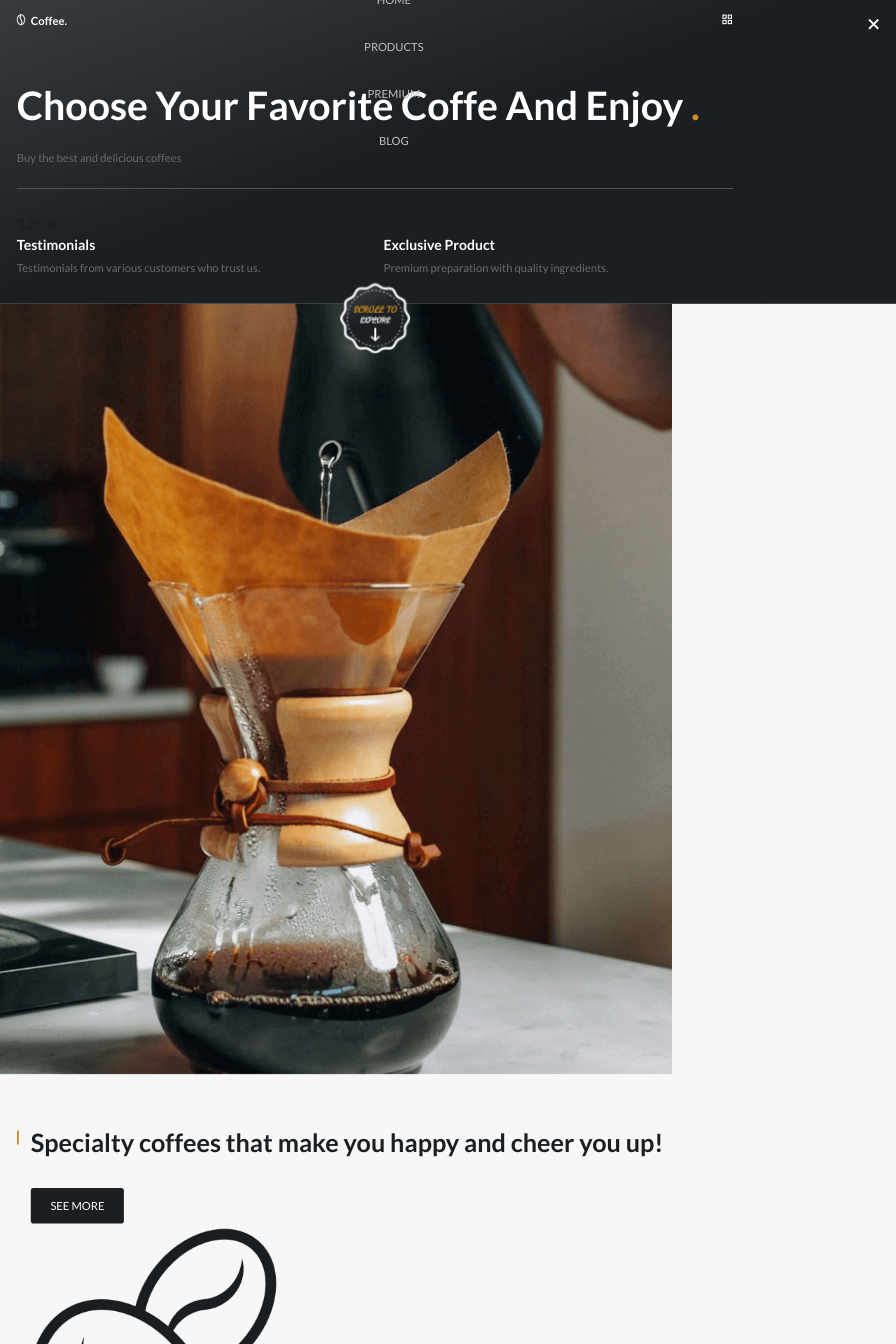
Repository: phong121020/coffee-responsive
Page: index.html
These files come from the project's save history. The page is drawn as it stood at one moment and after the next save; the edit follows.
The browser window is 1280 px wide. The pictures show the part of the page from y = 0 to 1920 px (the page is 3435 px tall before and 3499 px after), at 70% of full size.

Above is the page before, as saved 2022-03-06 18:59:02.

### index.html
<!DOCTYPE html>
<html lang="en">
  <head>
    <meta charset="UTF-8" />
    <meta http-equiv="X-UA-Compatible" content="IE=edge" />
    <meta name="viewport" content="width=device-width, initial-scale=1.0" />
    <!-- link -->
    <link rel="stylesheet" href="./assets/css/style.css" />
    <!-- favicon -->
    <link
      rel="shortcut icon"
      href="./assets/img/favicon.png"
      type="image/x-icon"
    />
    <title>Document</title>
    <!-- boxicon -->
    <link
      href="https://unpkg.com/boxicons@2.1.1/css/boxicons.min.css"
      rel="stylesheet"
    />
  </head>
  <body>
    <!-- HEADER -->
    <header class="header" id="header">
      <nav class="nav container">
        <a href="#" class="nav__logo">
          <img src="./assets/img/logo.png" alt="" class="nav__logo-img" />
          Coffee.
        </a>
        <div class="nav__menu" id="nav-menu">
          <ul class="nav__list">
            <li class="nav__item">
              <a href="#home" class="nav__link">Home</a>
            </li>
            <li class="nav__item">
              <a href="#products" class="nav__link">Products</a>
            </li>
            <li class="nav__item">
              <a href="#premium" class="nav__link">Premium</a>
            </li>
            <li class="nav__item">
              <a href="#blog" class="nav__link">Blog</a>
            </li>
          </ul>
          <div class="nav__close" id="nav-close">
            <i class="bx bx-x"></i>
          </div>
        </div>
        <!-- Toggle button -->
        <div class="nav__toggle" id="nav-toggle">
          <i class="bx bx-grid-alt"></i>
        </div>
      </nav>
    </header>
    <!-- MAIN -->
    <main>
      <!-- HOME -->
      <section class="home grid" id="home">
        <div class="home__container">
          <div class="home__content container">
            <h1 class="home__title">
              Choose Your Favorite Coffe And Enjoy <span>.</span>
            </h1>
            <p class="home__desc">Buy the best and delicious coffees</p>
            <div class="home__data">
              <div class="home__data-group">
                <h2 class="home__data-number">120K</h2>
                <h3 class="home__data-title">Testimonials</h3>
                <p class="home__data-desc">
                  Testimonials from various customers who trust us.
                </p>
              </div>
              <div class="home__data-group">
                <h2 class="home__data-number">340+</h2>
                <h3 class="home__data-title">Exclusive Product</h3>
                <p class="home__data-desc">
                  Premium preparation with quality ingredients.
                </p>
              </div>
            </div>
            <a href="#specialty">
              <img src="./assets/img/scroll.png" alt="" class="home__scroll" />
            </a>
          </div>
        </div>
        <img src="./assets/img/home.png" alt="" class="home__img" />
      </section>
      <!-- ESPECIALTY-->
      <div class="specialty section container">
        <div class="specialty__container">
          <div class="specialty__box">
            <h2 class="section__title">
              Specialty coffees that make you happy and cheer you up!
            </h2>
            <div>
              <a href="#" class="button specialty__button">See more</a>
            </div>
          </div>
          <div class="specialty__catergory">
            <div class="specialty__group">
              <img
                src="./assets/img/specialty1.png"
                alt=""
                class="specialty__img"
              />
              <h3 class="specialty__title">Selected Coffee</h3>
              <p class="specialty__desc">
                We select the best premium coffee, for a true taste.
              </p>
            </div>
            <div class="specialty__group">
              <img
                src="./assets/img/specialty2.png"
                alt=""
                class="specialty__img"
              />
              <h3 class="specialty__title">Delicious Cookies</h3>
              <p class="specialty__desc">
                Enjoy your coffee with some hot cookies
              </p>
            </div>
            <div class="specialty__group">
              <img
                src="./assets/img/specialty3.png"
                alt=""
                class="specialty__img"
              />
              <h3 class="specialty__title">Enjoy at Home</h3>
              <p class="specialty__desc">
                Enjoy the best coffee in the comfort of your home.
              </p>
            </div>
          </div>
        </div>
      </div>
    </main>
    <!-- JS -->
    <script src="./assets/js/app.js"></script>
  </body>
</html>

### assets/css/style.css
/*=============== GOOGLE FONTS ===============*/
@import url("https://fonts.googleapis.com/css2?family=Lato:wght@400;700&display=swap");

/*=============== VARIABLES CSS ===============*/
:root {
  --header-height: 3.5rem;

  /*========== Colors ==========*/
  --first-color: hsl(36, 72%, 48%);
  --first-color-alt: hsl(36, 72%, 44%);
  --black-color: hsl(206, 12%, 12%);
  --card-color: hsl(0, 0%, 90%);
  --title-color: hsl(206, 12%, 12%);
  --text-color: hsl(206, 4%, 42%);
  --text-color-light: hsl(206, 4%, 75%);
  --body-color: hsl(206, 4%, 97%);
  --container-color: #fff;

  /*========== Font and typography ==========*/
  --body-font: "Lato", sans-serif;
  --biggest-font-size: 2.25rem;
  --h1-font-size: 1.5rem;
  --h2-font-size: 1.25rem;
  --h3-font-size: 1rem;
  --normal-font-size: 0.938rem;
  --small-font-size: 0.813rem;
  --smaller-font-size: 0.75rem;

  /*========== Font weight ==========*/
  --font-bold: 700;

  /*========== z index ==========*/
  --z-tooltip: 10;
  --z-fixed: 100;
}

@media screen and (min-width: 968px) {
  :root {
    --biggest-font-size: 3.5rem;
    --h1-font-size: 2.25rem;
    --h2-font-size: 1.5rem;
    --h3-font-size: 1.25rem;
    --normal-font-size: 1rem;
    --small-font-size: 0.875rem;
    --smaller-font-size: 0.813rem;
  }
}

/*=============== BASE ===============*/
* {
  box-sizing: border-box;
  padding: 0;
  margin: 0;
}

html {
  scroll-behavior: smooth;
}

body {
  font-family: var(--body-font);
  font-size: var(--normal-font-size);
  background-color: var(--body-color);
  color: var(--text-color);
}

h1,
h2,
h3 {
  color: var(--title-color);
  font-weight: var(--font-bold);
}

h1,
h2,
h3,
p {
  line-height: 140%;
}

ul {
  list-style: none;
}

a {
  text-decoration: none;
}

img {
  max-width: 100%;
  height: auto;
}

button {
  border: none;
  outline: none;
  cursor: pointer;
}

/*=============== REUSABLE CSS CLASSES ===============*/
.container {
  max-width: 1024px;
  margin-left: 1.5rem;
  margin-right: 1.5rem;
}

.grid {
  display: grid;
  gap: 1.5rem;
}

.section {
  padding: 4.5rem 0 2rem;
}

.section__title {
  position: relative;
  font-size: var(--h1-font-size);
  padding-left: 1.25rem;
  margin-bottom: 2.5rem;
}

.section__title::before {
  content: "";
  position: absolute;
  top: 8px;
  left: 0;
  width: 3px;
  height: 20px;
  background-color: var(--first-color);
}

/* HEADER & NAV */
.header {
  width: 100%;
  background-color: transparent;
  position: fixed;
  top: 0;
  left: 0;
  right: 0;
  z-index: var(--z-fixed);
}
.nav {
  height: var(--header-height);
  display: flex;
  justify-content: space-between;
  align-items: center;
}
.nav__logo,
.nav__toggle {
  color: #fff;
}
.nav__logo {
  display: flex;
  align-items: center;
  justify-content: center;
  column-gap: 0.5rem;
  font-weight: var(--font-bold);
}
.nav__logo-img {
  width: 0.75rem;
}
.nav__toggle {
  display: inline-flex;
  font-size: 1.15rem;
  cursor: pointer;
}

@media screen and (max-width: 767px) {
  .nav__menu {
    position: fixed;
    top: 0;
    right: -100%;
    background-color: var(--black-color);
    width: 100%;
    height: 100%;
    transition: 0.3s;
  }
  .nav__menu.is-show {
    right: 0;
  }
}
.nav__list {
  display: flex;
  flex-direction: column;
  text-align: center;
  row-gap: 3rem;
  padding-top: 9rem;
}
.nav__link {
  text-transform: uppercase;
  color: var(--text-color-light);
  transition: 0.3s;
}
.nav__link:hover {
  color: #fff;
}
.nav__close {
  font-size: 2rem;
  position: absolute;
  top: 1rem;
  right: 1rem;
  color: #fff;
  cursor: pointer;
}
/* HOME */
.home {
  gap: 0;
}
.home__container {
  padding: 7rem 0 2.5rem;
  background: linear-gradient(
    160deg,
    hsla(206, 4%, 24%, 1) -4%,
    hsla(206, 12%, 12%, 1) 46%
  );
}
.home__content {
  position: relative;
}
.home__title,
.home__data-title {
  color: #fff;
}
.home__title {
  font-size: var(--biggest-font-size);
  margin-bottom: 1.5rem;
}
.home__title span {
  color: var(--first-color);
}
.home__desc {
  margin-bottom: 2rem;
}
.home__data {
  border-top: 1px solid var(--text-color);
  padding-top: 2rem;
  display: grid;
  grid-template-columns: repeat(2, 1fr);
  column-gap: 1.5rem;
}
.home__data-title {
  font-size: var(--h3-font-size);
  margin-bottom: 0.5rem;
}
.home__scroll {
  position: absolute;
  width: 100px;
  bottom: -7rem;
  left: 0;
  right: 0;
  margin: 0 auto;
  animation: scroll 3s infinite;
}
/* SCROLL IMAGE ANIMATE */
@keyframes scroll {
  0% {
    transform: translateY(0);
  }
  50% {
    transform: translateY(-0.5rem);
  }
  100% {
    transform: translateY(0);
  }
}
/* CHANGE BACKGROUND HEADER */
.scroll-header {
  background-color: var(--body-color);
  box-shadow: 0 1px 4px hsla(0, 4%, 15%, 0.1);
}
.scroll-header .nav__logo,
.scroll-header .nav__toggle {
  color: var(--title-color);
}
.scroll-header .nav__logo-img {
  mix-blend-mode: difference;
}

/* BUTTON */
.button {
  display: inline-block;
  background-color: var(--black-color);
  color: #fff;
  padding: 1rem 1.75rem;
  border-radius: 0.25rem;
  font-size: var(--normal-font-size);
  text-transform: uppercase;
}

/* SPECIALTY */
.specialty__button {
  margin-left: 1.25rem;
}

### assets/js/app.js
// SHOW MENU
const navToggle = document.querySelector(".nav__toggle");
const navMenu = document.querySelector(".nav__menu");
const navClose = document.querySelector(".nav__close");
const navItem = document.querySelectorAll(".nav__item");
// MENU SHOW
if (navToggle) {
  navToggle.addEventListener("click", function () {
    navMenu.classList.add("is-show");
  });
}
//  MENU HIDDEN
if (navClose) {
  navClose.addEventListener("click", function () {
    navMenu.classList.remove("is-show");
  });
}
// REMOVE MENU MOBILE
[...navItem].forEach((item) =>
  item.addEventListener("click", function () {
    navMenu.classList.remove("is-show");
  })
);
//CHANGE BACKGROUND HEADER
function scrollHeader() {
  const header = document.getElementById("header");
  // When the scroll is greater than 50 viewport height, add the scroll-header class to the header tag
  if (this.scrollY >= 50) {
    header.classList.add("scroll-header");
    // console.log(this);
  } else header.classList.remove("scroll-header");
}
window.addEventListener("scroll", scrollHeader);

After the next save:
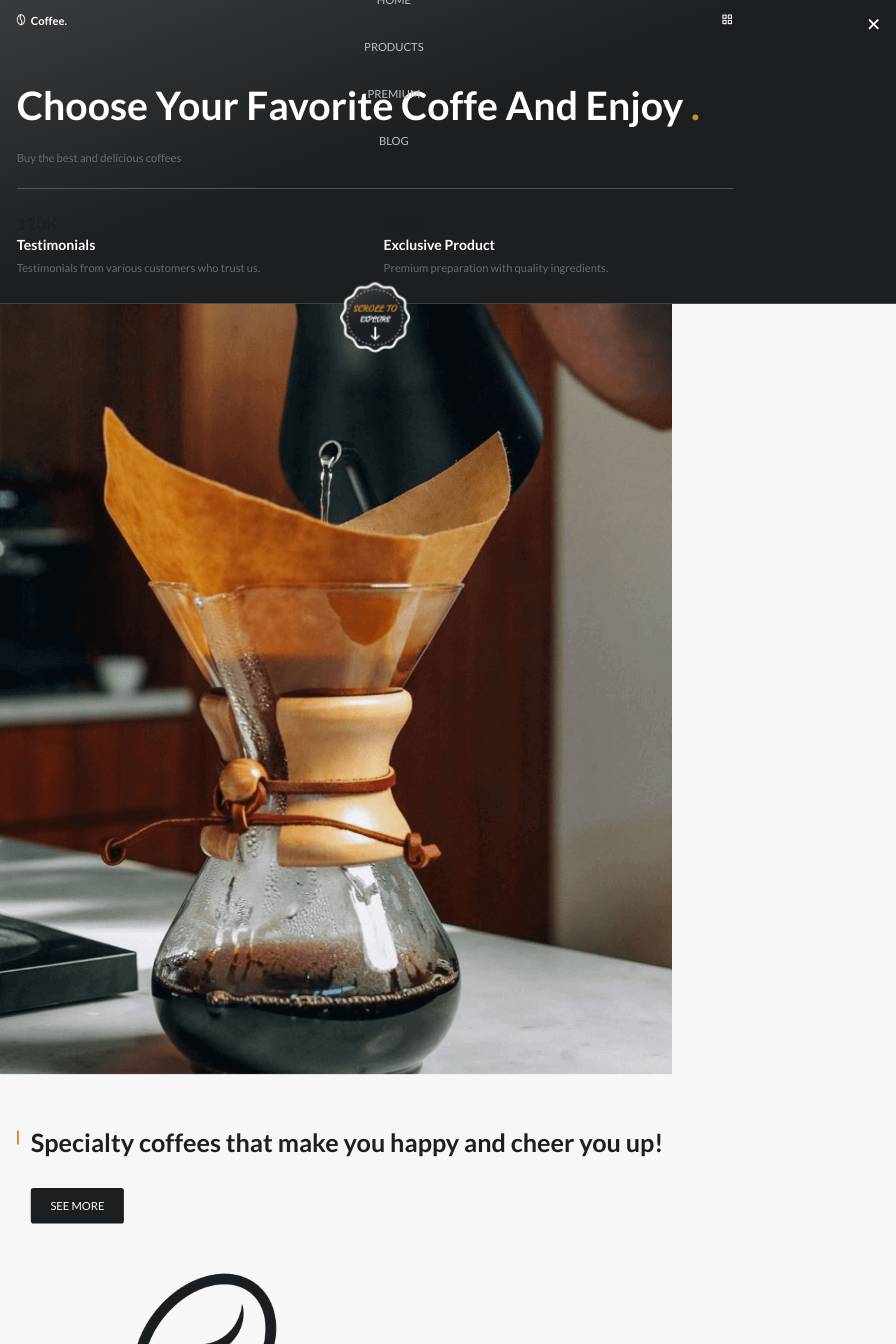
Saved 62 s later.
--- a/assets/css/style.css
+++ b/assets/css/style.css
@@ -292,3 +292,7 @@ button {
 .specialty__button {
   margin-left: 1.25rem;
 }
+.specialty__catergory {
+  margin-top: 4rem;
+  display: grid;
+}
